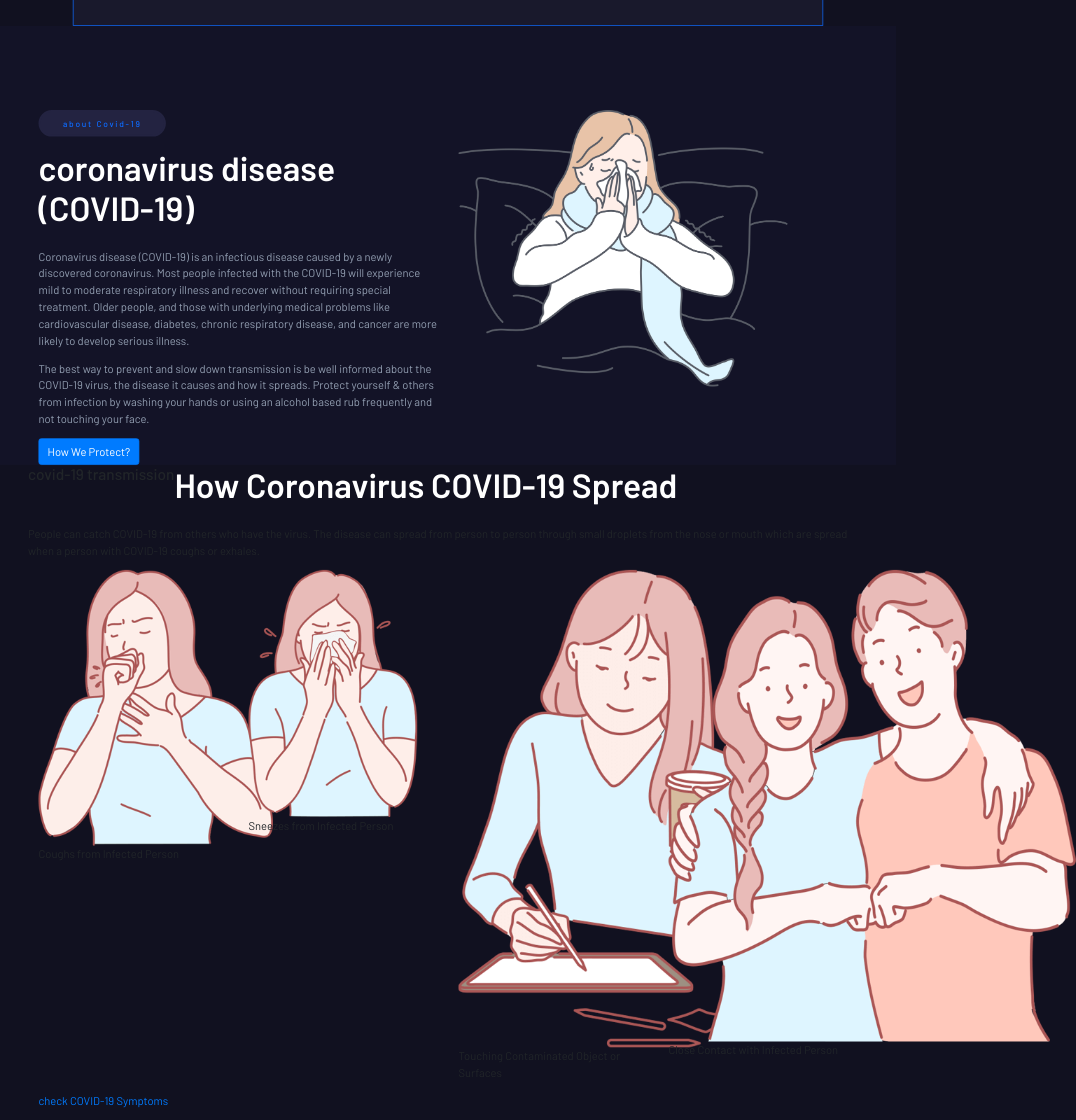
Repository: sitikhusushan/corona_updates
Page: index.html
An editor plug-in stored every save of this project. The page is shown before and after the next save, followed by the edit.
The browser window is 1280 px wide. The page is 1537 px wide, so the pictures cover 1537 px, including what lies to the right of the window. The pictures show the part of the page from y = 763 to 2363 px (the page is 2363 px tall before and 2313 px after), at 70% of full size.

Above is the page before, as saved 2020-06-06 23:50:47.

After the next save:
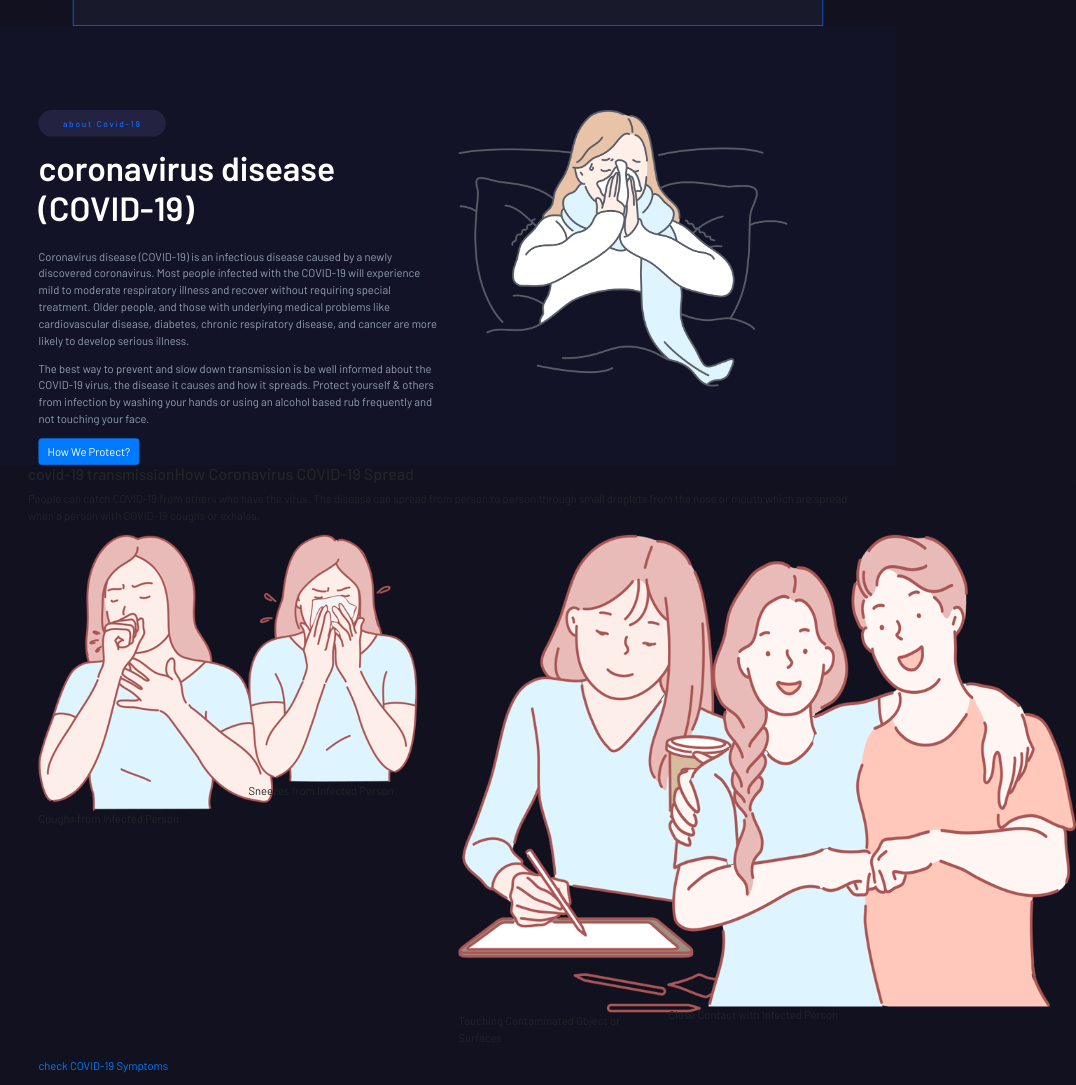
Saved 37 s later.
--- a/index.html
+++ b/index.html
@@ -247,7 +247,7 @@
       <div class="container">
         <div class="row">
           <h3>covid-19 transmission</h3>
-          <h1>How Coronavirus COVID-19 Spread</h1>
+          <h2>How Coronavirus COVID-19 Spread</h2>
           <p>
             People can catch COVID-19 from others who have the virus. The
             disease can spread from person to person through small droplets from
